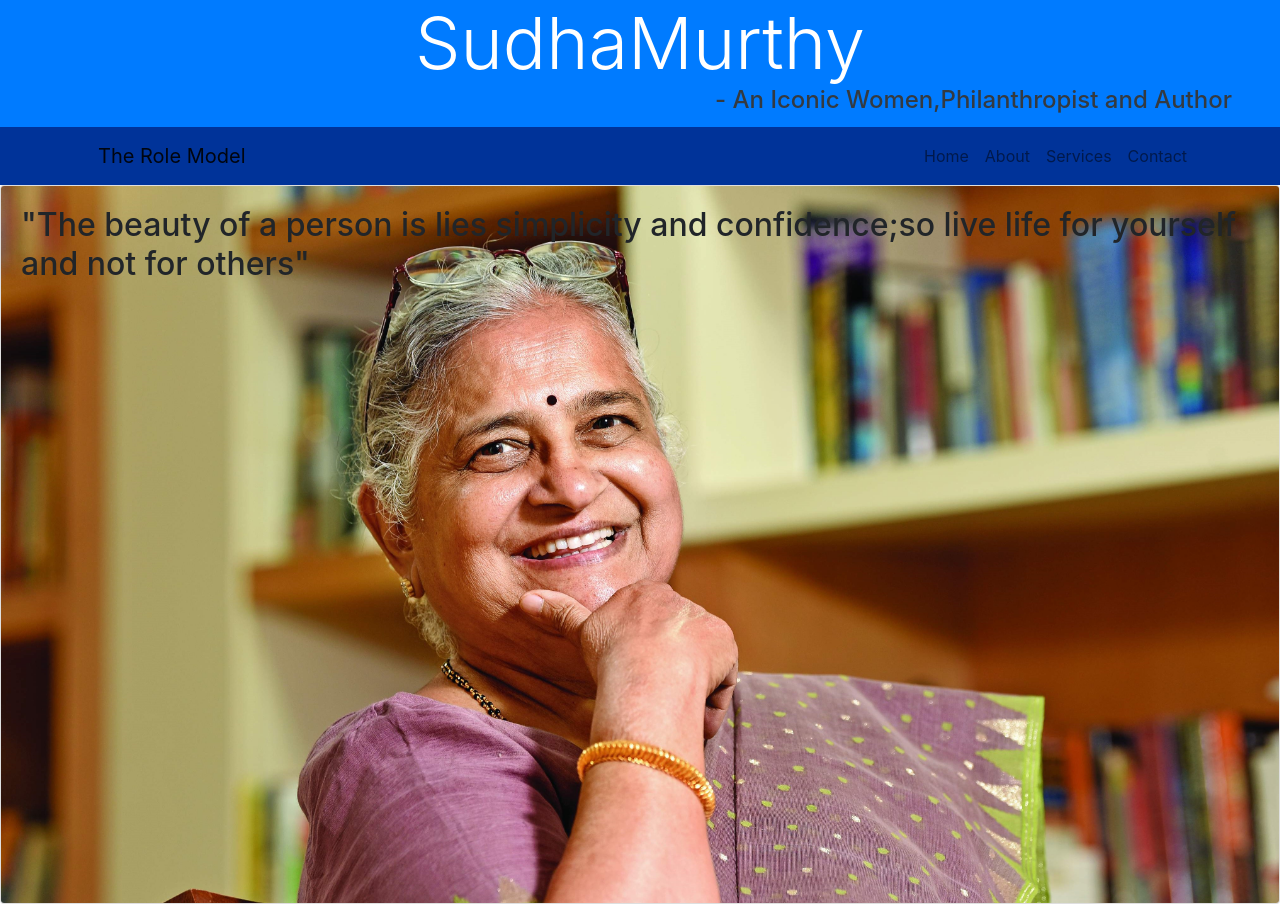
Repository: sumanthr18/RoleModel
Page: index.html
The author's editor kept a copy of each file at every save. The page is drawn from the files as they stood at one save, then again after the next save.
The browser window is 1280 px wide. The pictures show the whole page.

Above is the page before, as saved 2020-03-14 16:49:01.

After the next save:
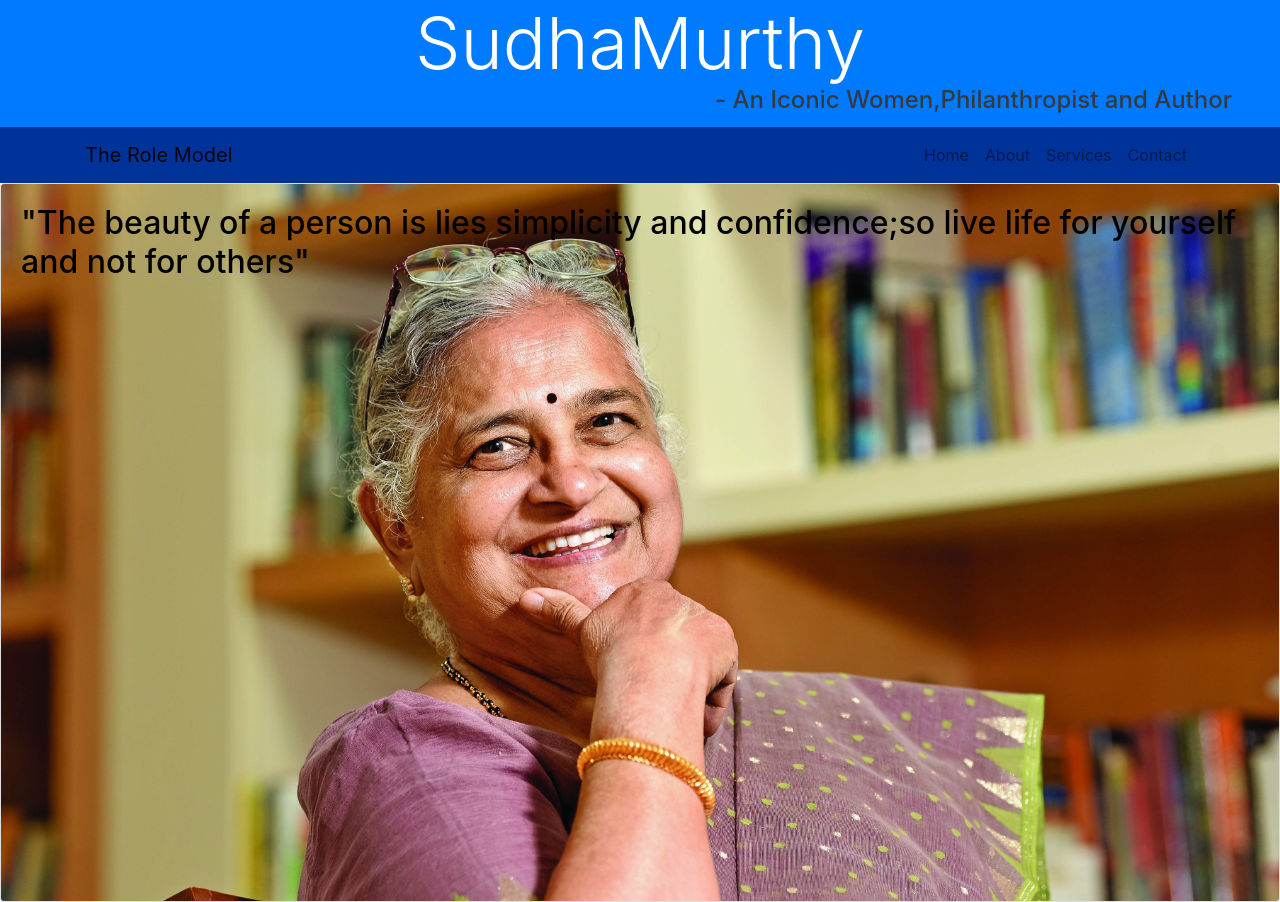
Saved 106 s later.
--- a/index.html
+++ b/index.html
@@ -13,7 +13,7 @@
     </header>
     <nav style="background-color: #003399;" class="navbar navbar-expand-sm navbar-light mb-0">
         <div class="container">
-            <a class="navbar-brand btn" href="#">The Role Model</a>
+            <a class="navbar-brand " href="#">The Role Model</a>
             <button class="navbar-toggler" data-toggle="collapse" data-target="#navbarNav">
                 <span class="navbar-toggler-icon"></span>
             </button>
@@ -38,7 +38,7 @@
     <div class="card">
         <img class="card-img" src="Sudha_Murty_1-update.jpg">
         <div class="card-img-overlay">
-            <h2 class="card-text">"The beauty of a person is lies simplicity and confidence;so live life for yourself and not for others"</h2>
+            <h2 style="color: black;" class="card-text">"The beauty of a person is lies simplicity and confidence;so live life for yourself and not for others"</h2>
         </div>
     </div>
 </body>
